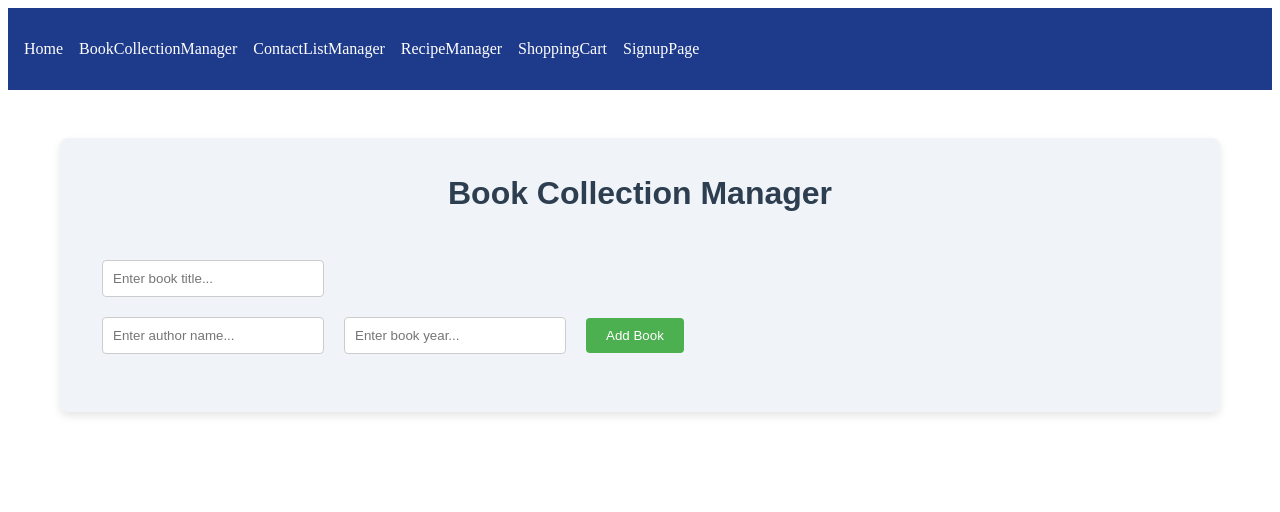
Repository: Miro193/cm1
Page: /#/books
An editor plug-in stored every save of this project. The page is shown before and after a run of saves, followed by the edit.
The browser window is 1280 px wide. The pictures show the whole page.
The project was rebuilt for these pictures with package versions that can differ from the ones it lists, and the page was loaded fresh each time. Also part of the build but not shown: vite.config.js, src/index.css, src/components/Home.jsx, src/components/NotFound.jsx, src/components/ContactListManager/ContactListManager.css, src/components/ContactListManager/ContactListManager.jsx, src/components/RecipeManager/RecipeManager.jsx, src/components/ShoppingCart/ShoppingCart.css and 3 more.

Above is the page before, as saved 2025-02-07 11:00:56.

After the next 2 saves:
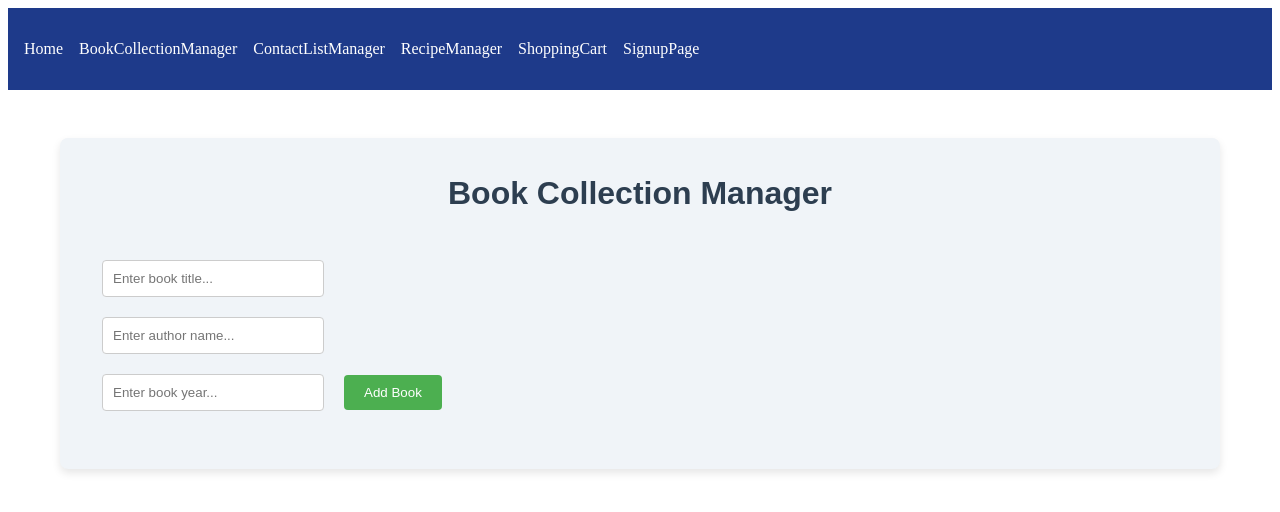
The 2 saves are shown as one change because they came seconds apart.
The last was saved 12 s later.
--- a/src/components/BookCollectionManager/BookCollectionManager.jsx
+++ b/src/components/BookCollectionManager/BookCollectionManager.jsx
@@ -53,6 +53,7 @@ function BookCollectionManager() {
           value={author}
           onChange={handleAuthorChange}
         />
+        <br></br>
         <input
           type="text"
           placeholder="Enter book year..."
